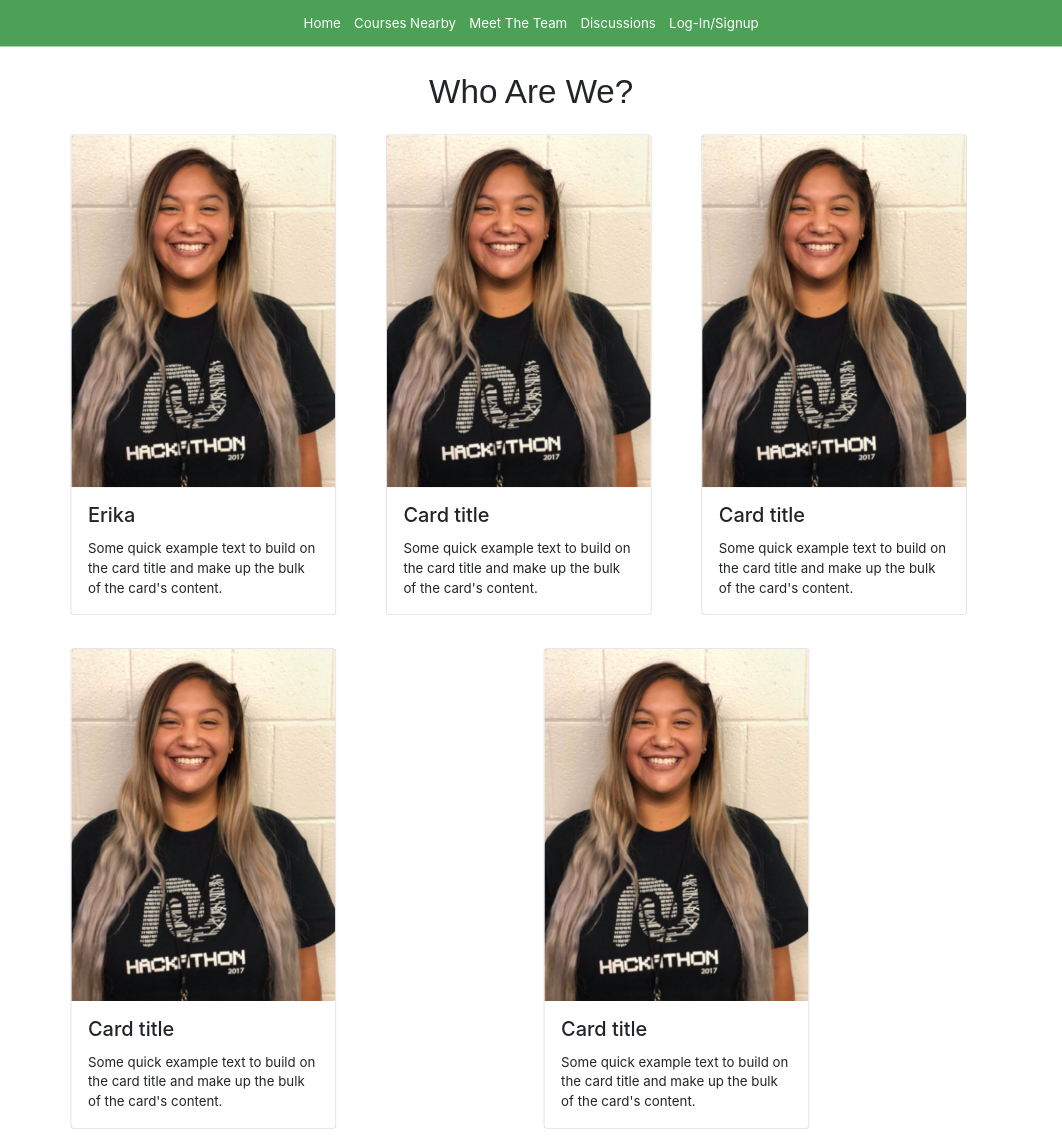
Repository: SamanthaBurnett/Hackathon2017
Page: meet_the_team.html
The author's editor kept a record of every edit. The page is drawn from the files as they stood at one moment, then again after the next edit.
The browser window is 1280 px wide. The pictures show the whole page, at 83% of full size.
Some web fonts or font styles are not loaded; a fallback is used.

Above is the page before.

### meet_the_team.html
<!DOCTYPE html>
<html>
  <head>
    <title>Meet The Team</title>
	<!--Required Meta Tags-->
	<meta charset="UTF-8">
	<meta name="viewport" content="width=device-width, initial-scale=1, shrink-to-fit=no">
	<!--Bootstrap 4-->
	<link rel="stylesheet" href="https://maxcdn.bootstrapcdn.com/bootstrap/4.0.0-beta.2/css/bootstrap.min.css" integrity="sha384-PsH8R72JQ3SOdhVi3uxftmaW6Vc51MKb0q5P2rRUpPvrszuE4W1povHYgTpBfshb" crossorigin="anonymous">
	<!--Custom Styles-->
	<link rel="stylesheet" type="text/css" href="assets/stylesheets/styles.css">
  </head>
  <body>
    <nav class="navbar navbar-expand-lg navbar-light bg-light">
        <button class="navbar-toggler" type="button" data-toggle="collapse" data-target="#navbarSupportedContent" aria-controls="navbarSupportedContent" aria-expanded="false" aria-label="Toggle navigation">
            <span class="navbar-toggler-icon"></span>
        </button>

        <div class="collapse navbar-collapse justify-content-center" id="navbarSupportedContent">
            <ul class="navbar-nav">
              <li class="nav-item">
                <a class="nav-link" href="index.html">Home</a>
              </li>
              <li class="nav-item">
                <a class="nav-link" href="coursesnearby.html">Courses Nearby</a>
              </li>
              <li class="nav-item">
                  <a class="nav-link" href="meet_the_team.html">Meet The Team</a>
              </li>
              <li class="nav-item">
                  <a class="nav-link" href="discussions.html">Discussions</a>
              </li>
              <li class="nav-item">
              <a class="nav-link" href="signin.html">Log-In/Signup</a>
              </li>
            </ul>
          </div>
     </nav>
     <div class="container meetTheTeam">
       <h1 class="text-center">Who Are We?</h1>
       <div class="row">
         <div class="col">
           <div class="card" style="width: 20rem;">
            <img class="card-img-top" src="assets/images/Erika.JPG" alt="Card image cap">
            <div class="card-body">
              <h4 class="card-title">Erika</h4>
              <p class="card-text">Some quick example text to build on the card title and make up the bulk of the card's content.</p>
            </div><!--end card-body-->
          </div><!--end card-->
         </div><!--end col-->
         <div class="col">
           <div class="card" style="width: 20rem;">
            <img class="card-img-top" src="assets/images/Erika.JPG" alt="Card image cap">
            <div class="card-body">
              <h4 class="card-title">Card title</h4>
              <p class="card-text">Some quick example text to build on the card title and make up the bulk of the card's content.</p>
            </div><!--end card-body-->
          </div><!--end card-->
         </div><!--end col-->
         <div class="col">
           <div class="card" style="width: 20rem;">
            <img class="card-img-top" src="assets/images/Erika.JPG" alt="Card image cap">
            <div class="card-body">
              <h4 class="card-title">Card title</h4>
              <p class="card-text">Some quick example text to build on the card title and make up the bulk of the card's content.</p>
            </div><!--end card-body-->
          </div><!--end card-->
         </div><!--end col-->
         <div class="col">
           <div class="card" style="width: 20rem;">
            <img class="card-img-top" src="assets/images/Erika.JPG" alt="Card image cap">
            <div class="card-body">
              <h4 class="card-title">Card title</h4>
              <p class="card-text">Some quick example text to build on the card title and make up the bulk of the card's content.</p>
            </div><!--end card-body-->
          </div><!--end card-->
         </div><!--end col-->
         <div class="col">
           <div class="card" style="width: 20rem;">
            <img class="card-img-top" src="assets/images/Erika.JPG" alt="Card image cap">
            <div class="card-body">
              <h4 class="card-title">Card title</h4>
              <p class="card-text">Some quick example text to build on the card title and make up the bulk of the card's content.</p>
            </div><!--end card-body-->
          </div><!--end card-->
         </div><!--end col-->
       </div><!--end row-->
     </div><!--end container-->



  </body>
</html>

### assets/stylesheets/styles.css
@import url('https://fonts.googleapis.com/css?family=Electrolize');


.font-headings{
  font-family: 'Electrolize', sans-serif;
  color: blue;
  text-shadow: 2px 2px #FFF;
  text-align: center;
}

/*----------------------------Navigation Styles------------------------------*/
.bg-light {
    background-color: #4CA156!important;
}

.navbar-light .navbar-nav .nav-link, .navbar-light .navbar-nav .nav-link:hover {
    color: white;
}
/*------------------------------Landing Page Styles--------------------------*/

#landing-header {
    z-index: 1;
    position: relative;
    text-align: center;
    padding-top: 40vh;
		background-size: cover;
		background-repeat: no-repeat;
	    -webkit-background-size: cover;
        -moz-background-size: cover;
        -o-background-size: cover;
}

#landing-header h1, #landing-header h2 {
    color: white;
    font-size: 45px;
    text-shadow: 0px 4px 3px rgba(0,0,0,0.4),
	         0px 8px 13px rgba(0,0,0,0.1),
			 0px 18px 23px rgba(0,0,0,0.1);
}

.landingbtn, .landingbtn:hover, landingbtn:visited, landingbtn:active {
  margin-top: 10px;
  padding: 10px 40px;
  border-radius: 5px;
  margin-bottom: 20px;
  background:
		linear-gradient(
			rgba(17, 89, 28, 0.45),
			rgba(17, 148, 138, 0.50)
		);
}

.heroSlide {
  width: 100%;
  height: 100%;
  position: absolute;
  list-style: none;
  margin: 0;
  padding: 0;
}


/*.heroSlide li { */
/*  width: 100%;*/
/*  height: 100%;*/
/*  position: absolute;*/
/*  background-size: cover;*/
/*  background-repeat: no-repeat;*/
/*  opacity: 0;*/
/*  animation: imageAnimation 20s linear infinite;*/
/*}*/

.heroSlide li:nth-child(1) {
    background:
		linear-gradient(
			rgba(17, 89, 28, 0.45),
			rgba(17, 148, 138, 0.50)
		),
  url(../images/teamimg1.jpg);
  width: 100%;
  height: 100%;
  position: absolute;
  background-size: cover;
  background-repeat: no-repeat;
  opacity: 0;
  animation: imageAnimation 20s linear infinite;

}
.heroSlide li:nth-child(2) {
    background:
		linear-gradient(
			rgba(17, 89, 28, 0.45),
			rgba(17, 148, 138, 0.50)
		),
  url(../images/teamimg2.jpg);
  width: 100%;
  height: 100%;
  position: absolute;
  background-size: cover;
  background-repeat: no-repeat;
  opacity: 0;
  animation-delay: 5s;
  animation: imageAnimation 20s linear infinite;
}
.heroSlide li:nth-child(3) {
    background:
		linear-gradient(
			rgba(17, 89, 28, 0.45),
			rgba(17, 148, 138, 0.50)
		),
  url(../images/teamimg3.jpg);
  width: 100%;
  height: 100%;
  position: absolute;
  background-size: cover;
  background-repeat: no-repeat;
  opacity: 0;
  animation-delay: 10s;
  animation: imageAnimation 20s linear infinite;
}

@keyframes imageAnimation {
  0% {
    opacity: 0;
    animation-timing-function: ease-in;
  }
  10% {
    opacity: 1;
    animation-timing-function: ease-out;
  }
  20% {
    opacity: 1
  }
  30% {
    opacity: 1
  }
}

/*---------------------Index Styles--------------------------------------*/

.maincontent h1 {
  padding-bottom: 40px;
}


.WhatCanYouDo, .contentAndTrending {
    margin-top: 100px;
    margin-bottom: 100px;
}

.WhatCanYouDo i {
    color: black;
}

/*---------------------------Content and Trending Styles----------------*/

.maincontent {
    position: relative;
}

.contentAndTrending .col {
    margin: 20px;
}






/*-------------------------Meet The Team Styles----------------------------*/

.meetTheTeam h1 {
  margin-top: 30px;
}
.card {
  margin-bottom: 20px;
  margin-top: 20px;
}










/*------------------------Discussions----------------------*/
.main-box{
  margin:10px;
  height:200px;
  display:flex;
  justify-content:center;
}

.photo-box{
  margin:10px;
  padding:5px;
  height:80px;
  width:90px;
  border:2px solid #4CA156;
  display:flex;
  justify-content: flex-start;
  align-items: center;
  background-color:#FFFFFF;
}

.photo-box i {
  color: black;
  align-items: center;
}

.text-box{
  margin:10px;
  padding:10px;
  height:150px;
  width:800px;
  background-color:#FFFFFF;
  border:2px solid #4CA156;
}

/*------------------------COURSES NEARBY----------------------*/
.center-div
{
   margin: 0 auto;
   width: 100px;
}

.text-center{
  font-family:'Electrolize', sans-serif;

}


/*----------------------------Sign In Form Styles--------------------*/

.form-row {
  padding-top: 20px;
  padding-bottom: 20px;
}

.form-control:focus {
  border: 3px solid #4CA156;
  outline: none;
  box-shadow: none;
}

.maincontent h1 {
  margin-top: 30px;
}

.maincontent h4 {
  margin-bottom: 30px;
}

/*--------------------------Footer Styles-------------------------*/
footer {
    background-color: #4CA156;
}

i {
    color: white;
    padding: 30px 15px;
}

After the next edit:
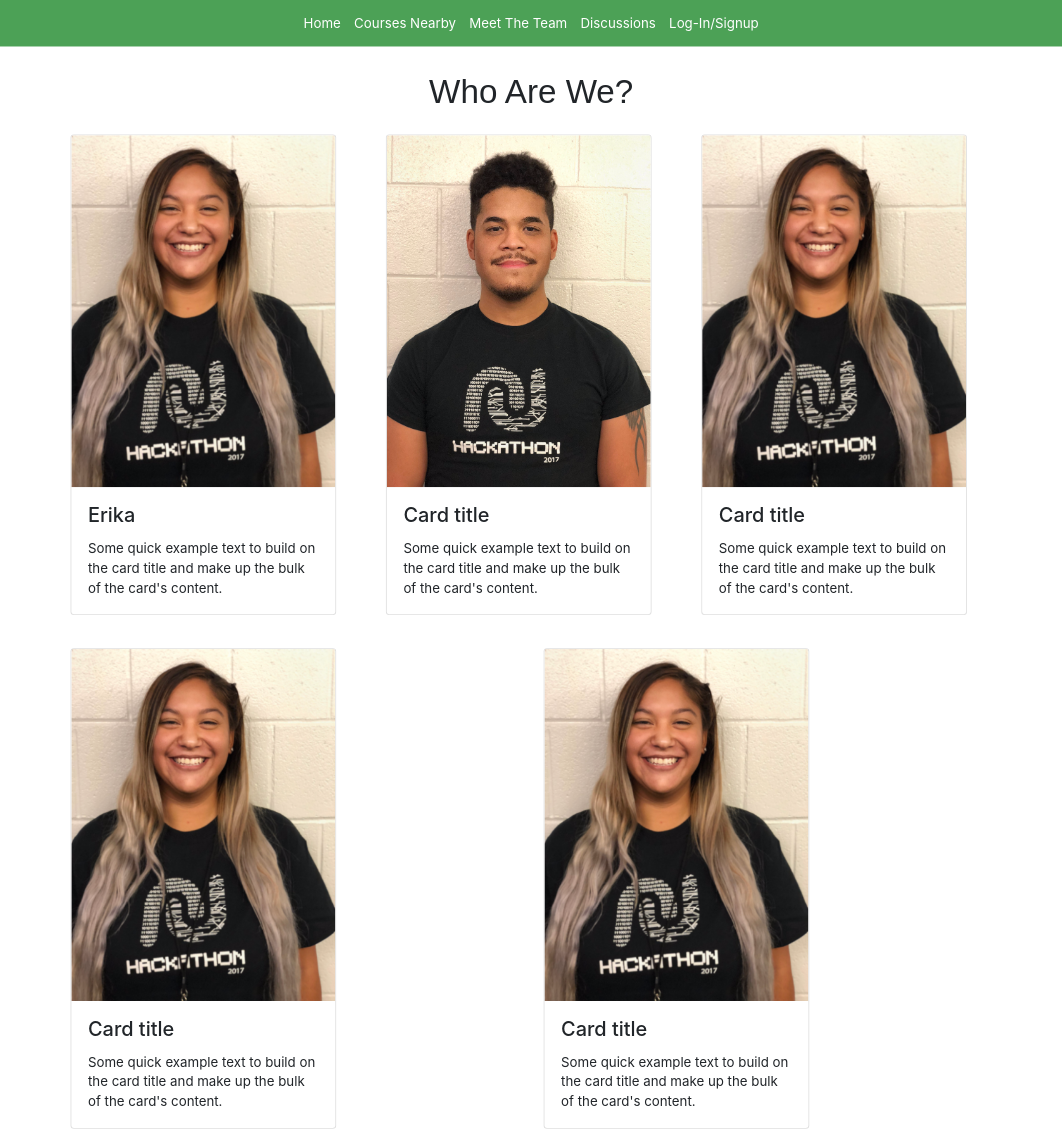
The edit:
--- a/meet_the_team.html
+++ b/meet_the_team.html
@@ -50,7 +50,7 @@
          </div><!--end col-->
          <div class="col">
            <div class="card" style="width: 20rem;">
-            <img class="card-img-top" src="assets/images/Erika.JPG" alt="Card image cap">
+            <img class="card-img-top" src="assets/images/Jorge.JPG" alt="Card image cap">
             <div class="card-body">
               <h4 class="card-title">Card title</h4>
               <p class="card-text">Some quick example text to build on the card title and make up the bulk of the card's content.</p>
